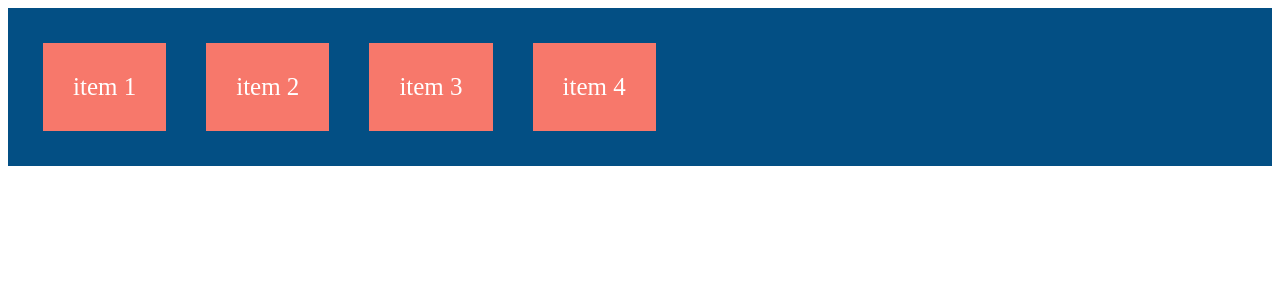
Repository: mehmetbuber38/flex
Page: flex-alignments.html
These files come from the project's save history. The page is drawn as it stood at one moment and after the next save; the edit follows.
The browser window is 1280 px wide. The pictures show the whole page.

Above is the page before, as saved 2022-01-30 19:14:08.

After the next save:
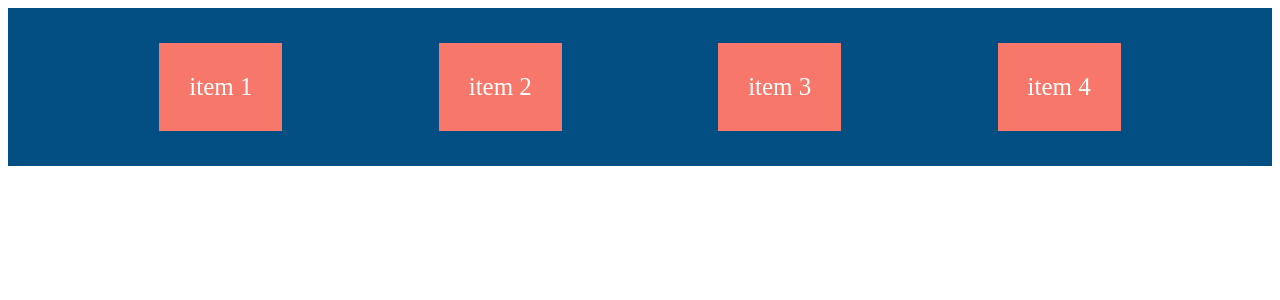
Saved 21 s later.
--- a/flex-alignments.html
+++ b/flex-alignments.html
@@ -17,6 +17,7 @@
 
         /* justify-content: space-around;  Aralarında 1 ve 2 x birim boşluk bırakır. */
         /* justify-content: space-between; Sağ yada soldan boşluk bırakılmaz elemanlar arası eşit boşluk bırakılır. */
+        justify-content: space-evenly;
 
         background-color: #034f84;
         padding: 15px;

After the save that followed:
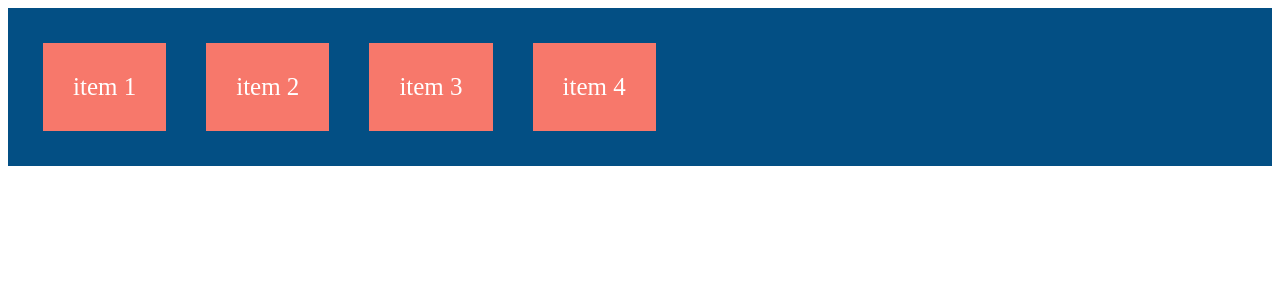
Saved 24 s later.
--- a/flex-alignments.html
+++ b/flex-alignments.html
@@ -17,7 +17,7 @@
 
         /* justify-content: space-around;  Aralarında 1 ve 2 x birim boşluk bırakır. */
         /* justify-content: space-between; Sağ yada soldan boşluk bırakılmaz elemanlar arası eşit boşluk bırakılır. */
-        justify-content: space-evenly;
+        /* justify-content: space-evenly; Sağ yada soldan ortak birim olarak boşluk bırakılır. */
 
         background-color: #034f84;
         padding: 15px;
